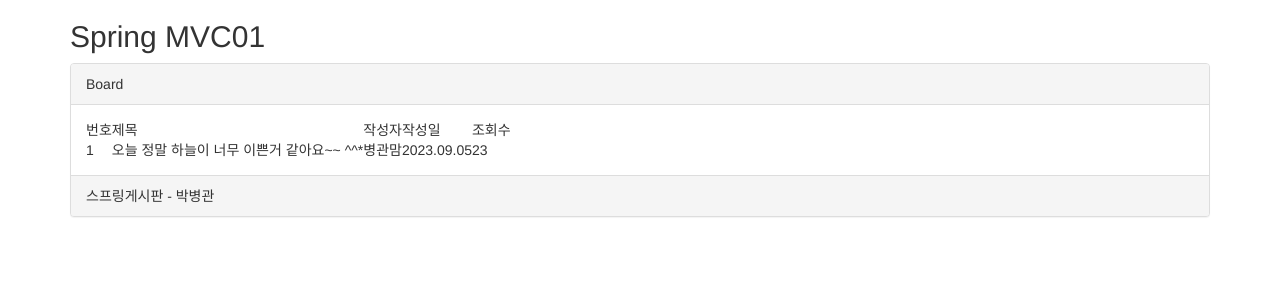
Repository: juhyun98/Spring
Page: http://localhost/SpringMVC01/
An editor plug-in stored every save of this project. The page is shown before and after a run of saves, followed by the edit.
The browser window is 1280 px wide. The pictures show the whole page.
The page is served by Tomcat 9. Other server files are loaded and not shown.

Above is the page before, as saved 2023-09-05 02:07:44.

### SpringMVC01/src/main/webapp/WEB-INF/views/boardList.jsp
<%@ page language="java" contentType="text/html; charset=UTF-8"
	pageEncoding="UTF-8"%>
<%@ taglib prefix="c" uri="http://java.sun.com/jsp/jstl/core" %>
<!DOCTYPE html>
<html>
<head>
<meta charset="UTF-8">
<link rel="stylesheet" href="https://maxcdn.bootstrapcdn.com/bootstrap/3.4.1/css/bootstrap.min.css">
<script src="https://ajax.googleapis.com/ajax/libs/jquery/3.6.4/jquery.min.js"></script>
<script src="https://maxcdn.bootstrapcdn.com/bootstrap/3.4.1/js/bootstrap.min.js"></script>
<title>Insert title here</title>
</head>
<body>

	<div class="container">
		<h2>Spring MVC01</h2>
		<div class="panel panel-default">
			<div class="panel-heading">Board</div>
			<div class="panel-body">
				<table>
					<tr>
						<td>번호</td>
						<td>제목</td>
						<td>작성자</td>
						<td>작성일</td>
						<td>조회수</td>
					</tr>

					<tr>
						<td>1</td>
						<td>오늘 정말 하늘이 너무 이쁜거 같아요~~ ^^*</td>
						<td>병관맘</td>
						<td>2023.09.05</td>
						<td>23</td>
					</tr>
				</table>
			</div>
			<div class="panel-footer">스프링게시판 - 박병관</div>
		</div>
	</div>

</body>
</html>

After the next 2 saves:
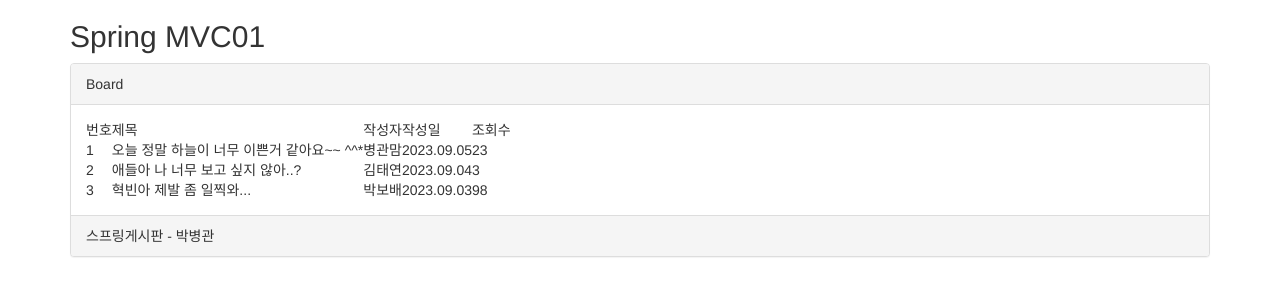
The 2 saves are shown as one change because they came seconds apart.
The last was saved 64 s later.
--- a/SpringMVC01/src/main/webapp/WEB-INF/views/boardList.jsp
+++ b/SpringMVC01/src/main/webapp/WEB-INF/views/boardList.jsp
@@ -33,6 +33,23 @@
 						<td>2023.09.05</td>
 						<td>23</td>
 					</tr>
+
+					<tr>
+						<td>2</td>
+						<td>애들아 나 너무 보고 싶지 않아..?</td>
+						<td>김태연</td>
+						<td>2023.09.04</td>
+						<td>3</td>
+					</tr>
+
+					<tr>
+						<td>3</td>
+						<td>혁빈아 제발 좀 일찍와...</td>
+						<td>박보배</td>
+						<td>2023.09.03</td>
+						<td>98</td>
+					</tr>
+
 				</table>
 			</div>
 			<div class="panel-footer">스프링게시판 - 박병관</div>
